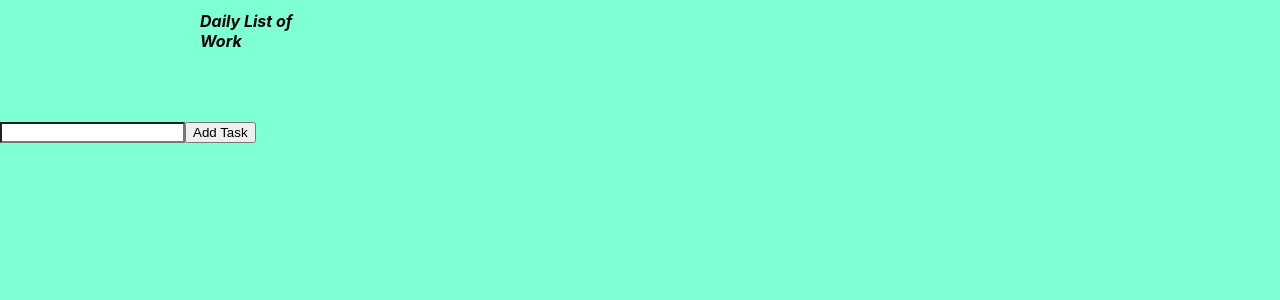
Repository: iamjayenmthakuri/todolist
Page: /
These files come from the project's save history. The page is drawn as it stood at one moment and after the next save; the edit follows.
The browser window is 1280 px wide. The pictures show the whole page.
The project was rebuilt for these pictures with package versions that can differ from the ones it lists, and the page was loaded fresh each time.

Above is the page before, as saved 2022-09-19 10:25:43.

After the next save:
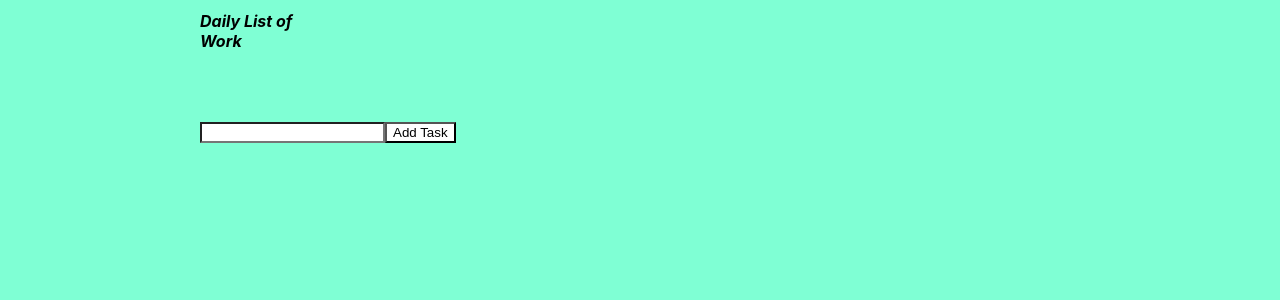
Saved 36 s later.
--- a/src/App.css
+++ b/src/App.css
@@ -21,4 +21,11 @@ input{
   background-color: white;
   height: max-content;
   width: max-content;
+  transform: translate(200px);
 }
+.button{
+  background-color: white;
+  height: max-content;
+  width: max-content;
+  transform: translate(200px);
+}
